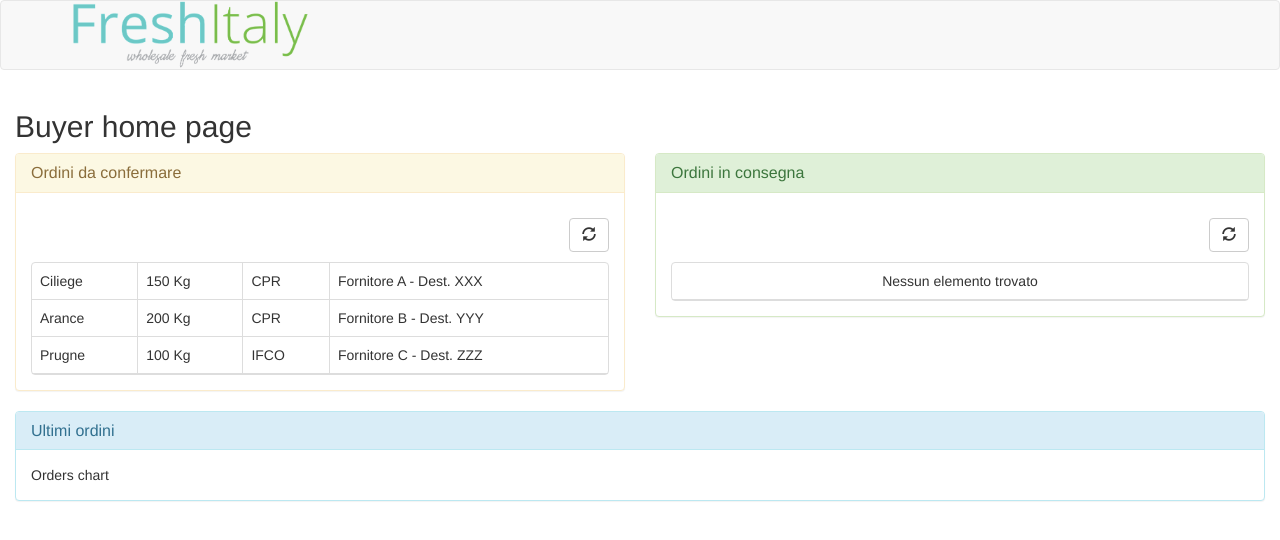
Repository: edikapllani/freshitaly
Page: http://localhost/buyer/home
An editor plug-in stored every save of this project. The page is shown before and after the next save, followed by the edit.
The browser window is 1280 px wide. The pictures show the whole page.
The page is this project's Thymeleaf template; nobody is signed in. The template is opened directly, without the code that normally fills it, so the values that code supplies are empty.

Above is the page before, as saved 2017-11-28 14:57:08.

After the next save:
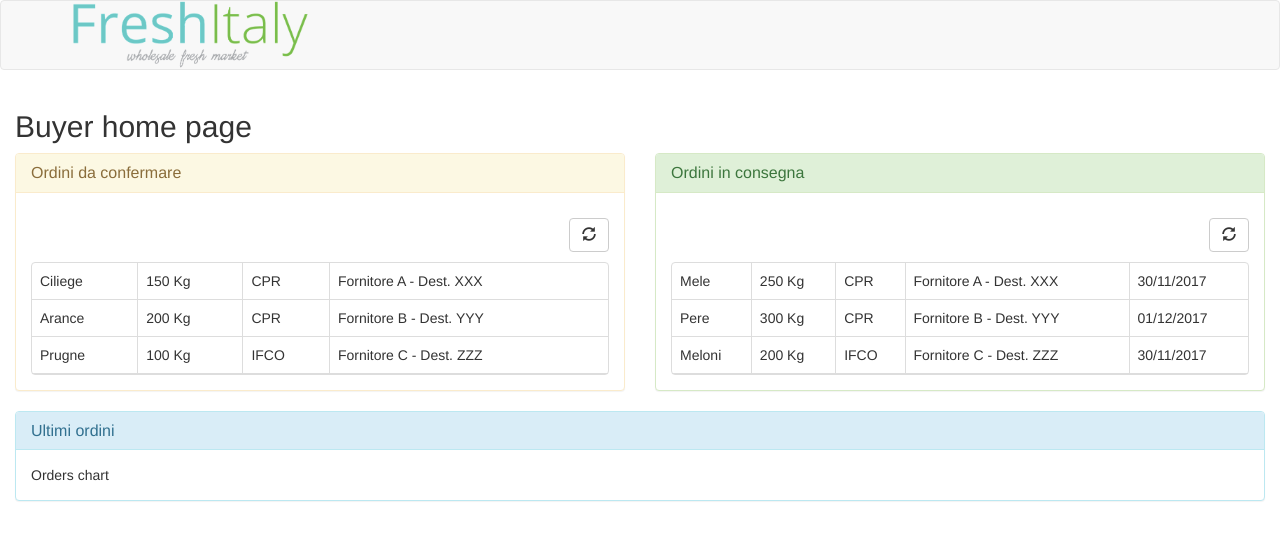
Saved 35 min 46 s later.
--- a/FreshItalyWeb/src/main/resources/templates/buyer/home.html
+++ b/FreshItalyWeb/src/main/resources/templates/buyer/home.html
@@ -59,7 +59,7 @@
 						<h3 class="panel-title">Ordini in consegna</h3>
 					</div>
 					<div class="panel-body">
-					        <table id="toconfirmtable"
+					        <table id="toshiptable"
 				               data-locale="it-IT"
 				               data-toggle="table"
 				               data-show-refresh="true"
@@ -74,6 +74,7 @@
 				                <th data-field="quantity">Quantita'</th>
 				                <th data-field="package">Package</th>
 				                <th data-field="producer">Produttore</th>
+				                <th data-field="shippingdate">Data prevista</th>
 				            </thead>
 				        </table>
 					</div>
@@ -117,9 +118,32 @@
 	    "producer": "Fornitore C - Dest. ZZZ"
 	}];
 
+	var datay = [{
+	    "product": "Mele",
+	    "quantity": "250 Kg",
+	    "package": "CPR",
+	    "producer": "Fornitore A - Dest. XXX",
+	    "shippingdate": "30/11/2017"
+	}, {
+	    "product": "Pere",
+	    "quantity": "300 Kg",
+	    "package": "CPR",
+	    "producer": "Fornitore B - Dest. YYY",
+	    "shippingdate": "01/12/2017"
+	}, {
+	    "product": "Meloni",
+	    "quantity": "200 Kg",
+	    "package": "IFCO",
+	    "producer": "Fornitore C - Dest. ZZZ",
+	    "shippingdate": "30/11/2017"
+	}];
+
 
     $('#toconfirmtable').bootstrapTable({
         data: datax
+    });
+    $('#toshiptable').bootstrapTable({
+        data: datay
     });
 
 	//populateSelect('http://localhost:8889/test', '#testselect1', null);
